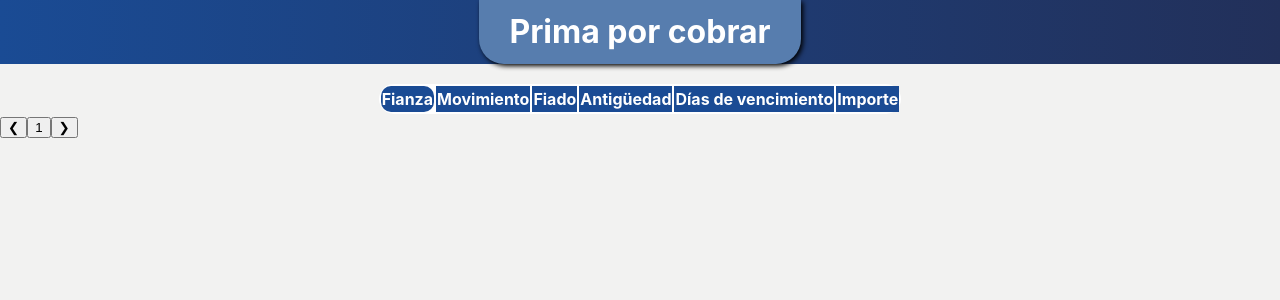
Repository: PCGP22/prueba-t-cnica-liberty-finanzas
Page: / (app in Prueba técnica full-stack/client/)
The author's editor kept a copy of each file at every save. The page is drawn from the files as they stood at one save, then again after the next save.
The browser window is 1280 px wide. The pictures show the whole page.
The page's requests for data from a server got no answer. The project was rebuilt for these pictures with package versions that can differ from the ones it lists, and the page was loaded fresh each time. No one was signed in, and anything a server would have sent is missing. Also part of the build but not shown: Prueba técnica full-stack/client/vite.config.js, Prueba técnica full-stack/client/src/components/Card.jsx, Prueba técnica full-stack/client/src/components/CardsContainer.jsx, Prueba técnica full-stack/client/src/components/Filters.jsx.

Above is the page before, as saved 2023-11-14 08:03:56.

After the next save:
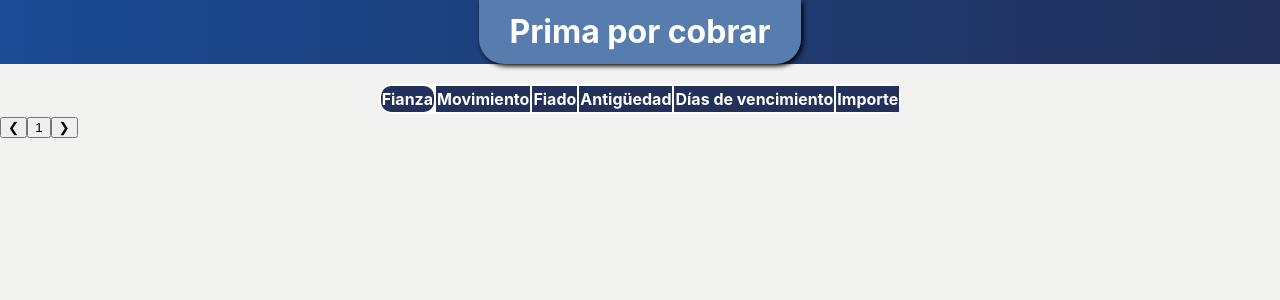
Saved 49 s later.
--- a/Prueba técnica full-stack/client/src/index.css
+++ b/Prueba técnica full-stack/client/src/index.css
@@ -132,7 +132,7 @@ table{
   border-radius:15px;
 }
 table tr:first-child{
-  background-color:var(--blue);
+  background-color:var(--darkest-blue);
   color:white;
 }
 
